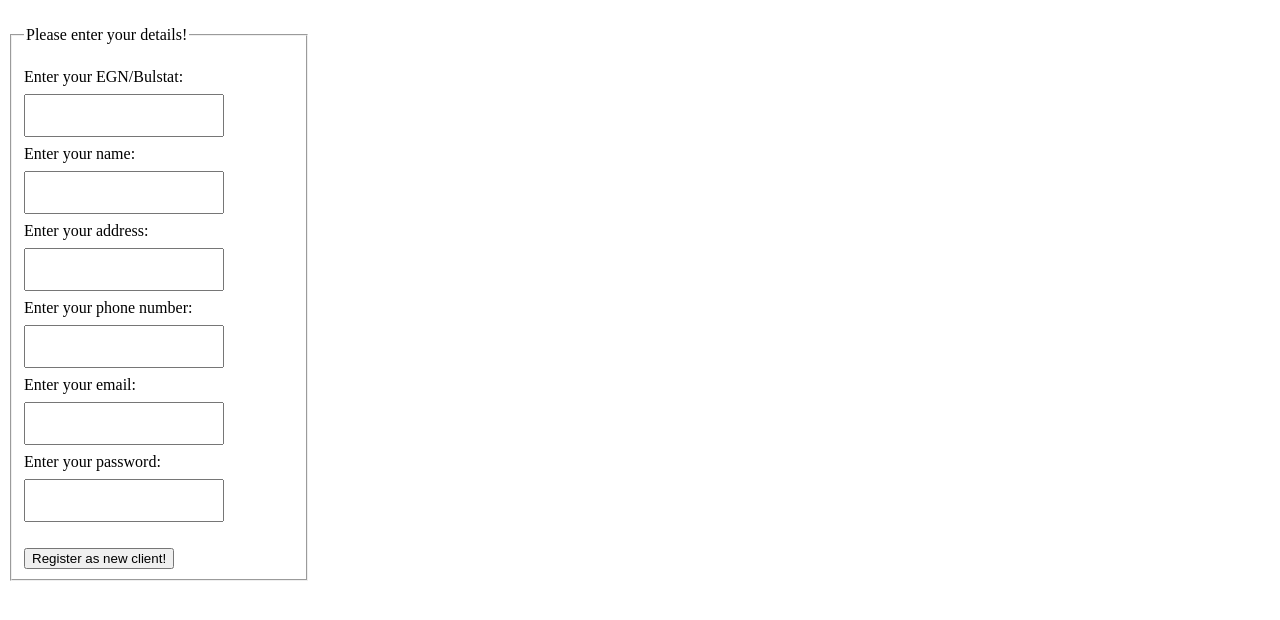
Repository: A-Mitev/E-Banking_Team_Project
Page: http://localhost/FiBank/WEB-INF/views/jsp/Register.jsp
An editor plug-in stored every save of this project. The page is shown before and after the next save, followed by the edit.
The browser window is 1280 px wide. The pictures show the whole page.
The page is served by Tomcat 9. Nobody is signed in. The template is opened directly, without the code that normally fills it, so the values that code supplies are empty.

Above is the page before, as saved 2016-04-05 20:16:04.

After the next save:
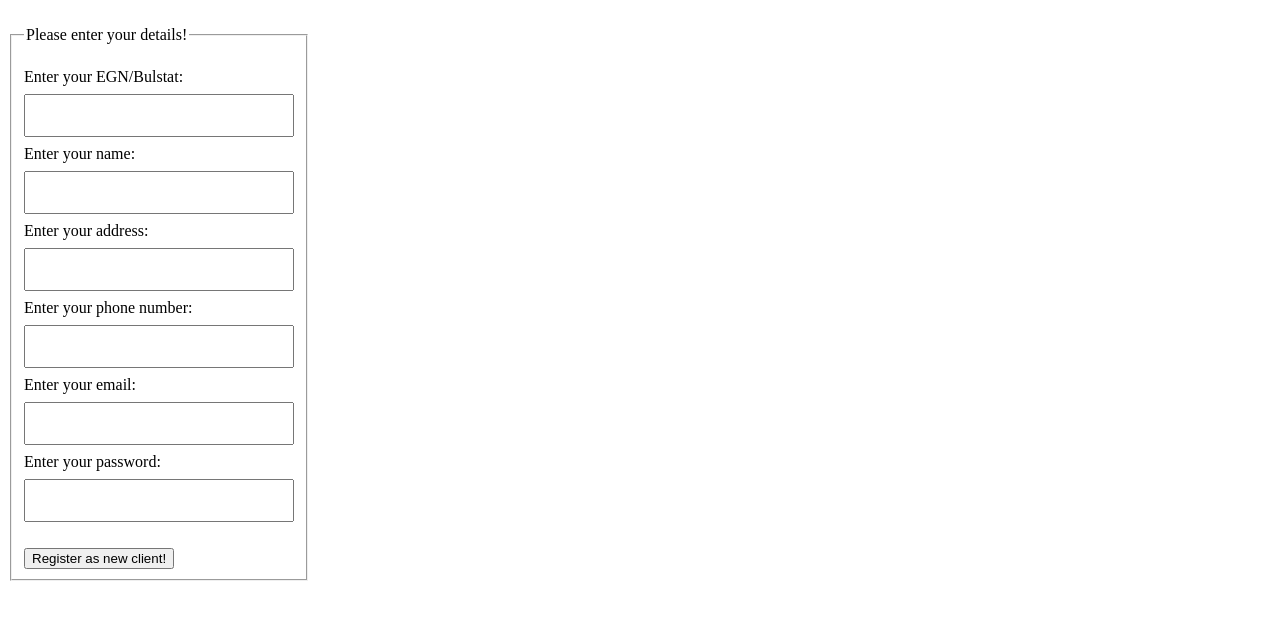
Saved 25 s later.
--- a/FiBank/src/main/webapp/WEB-INF/views/jsp/Register.jsp
+++ b/FiBank/src/main/webapp/WEB-INF/views/jsp/Register.jsp
@@ -8,7 +8,7 @@
 <head>
 <style>
 input[type=text] {
-    width: 200px;
+    width: 100%;
     padding: 12px 20px;
     margin: 8px 0;
     box-sizing: border-box;
